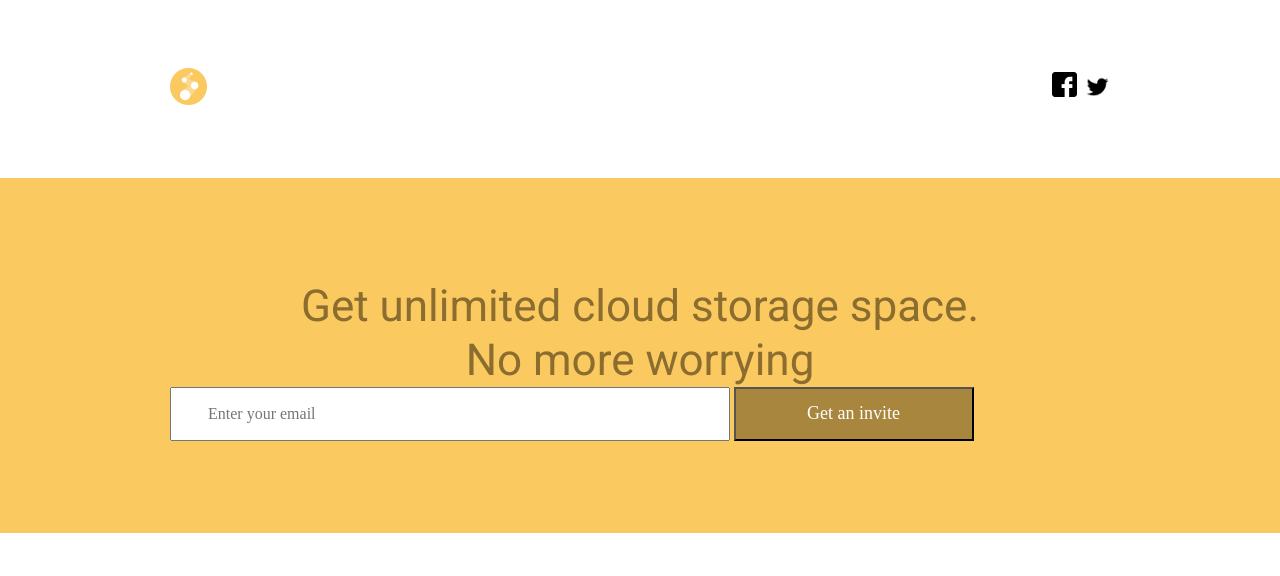
Repository: AndreyMykulych/user_home_work_Mykulych
Page: index.html
These files come from the project's save history. The page is drawn as it stood at one moment and after the next save; the edit follows.
The browser window is 1280 px wide. The pictures show the whole page.

Above is the page before, as saved 2023-02-27 16:36:48.

After the next save:
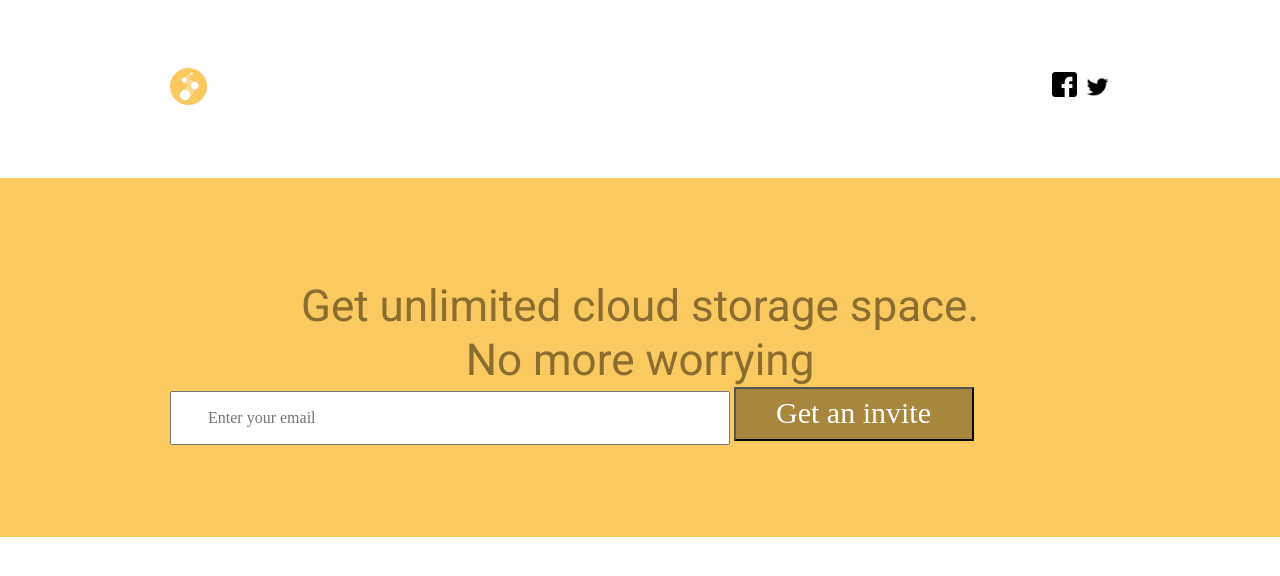
Saved 31 s later.
--- a/styles/style.css
+++ b/styles/style.css
@@ -70,7 +70,7 @@ input {
     height: 54px;
 }
 button {
-    font-size: large;
+    font-size: 30px;
     padding-left: 36px;
     width: 240px;
     height: 54px;
